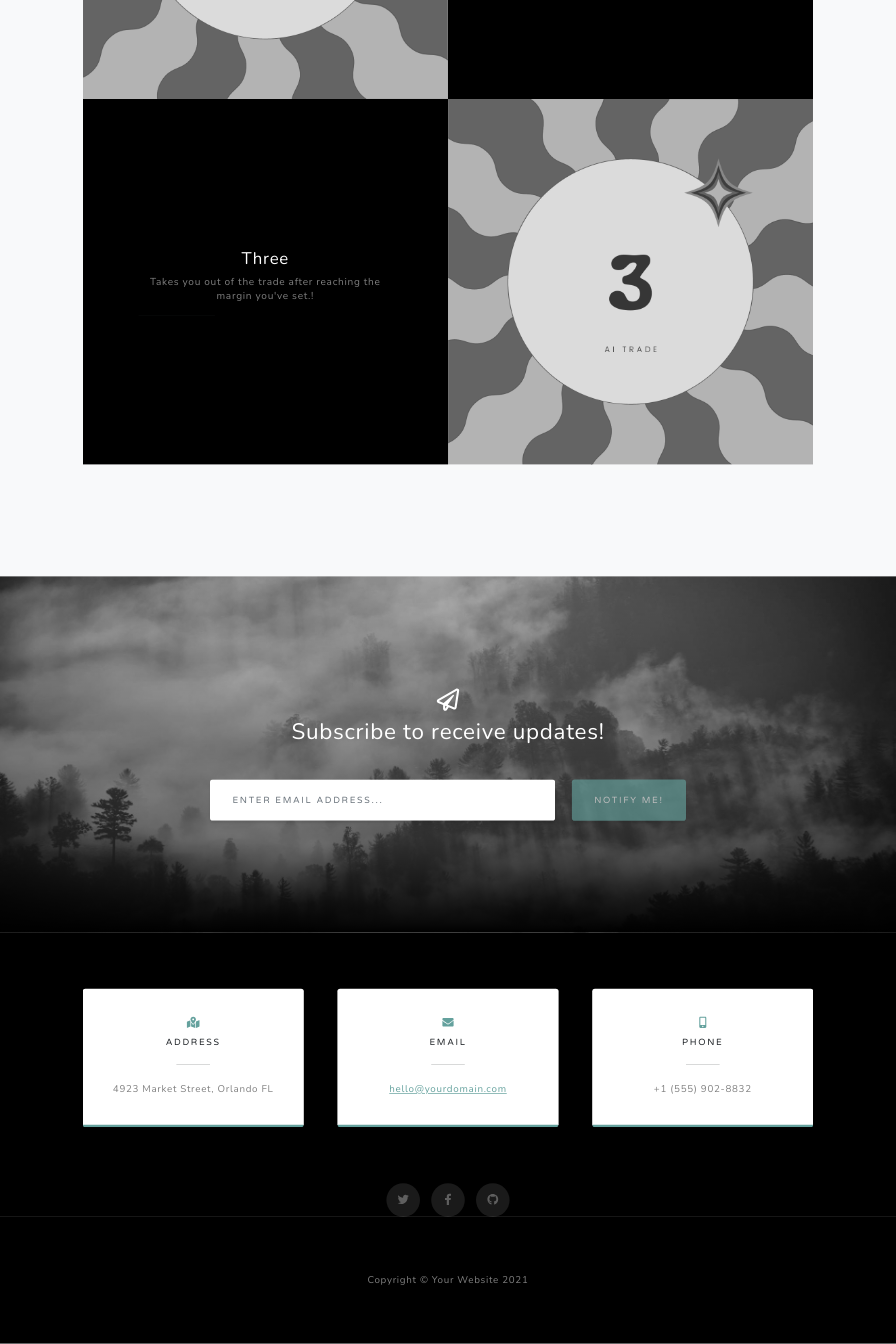
Repository: seyicoded/ico_one
Page: docs/index.html
These files come from the project's save history. The page is drawn as it stood at one moment and after the next save; the edit follows.
The browser window is 1280 px wide. The pictures show the part of the page from y = 2258 to 4178 px (the page is 4178 px tall before and 4143 px after), at 70% of full size.

Above is the page before, as saved 2022-02-13 17:20:28.

After the next save:
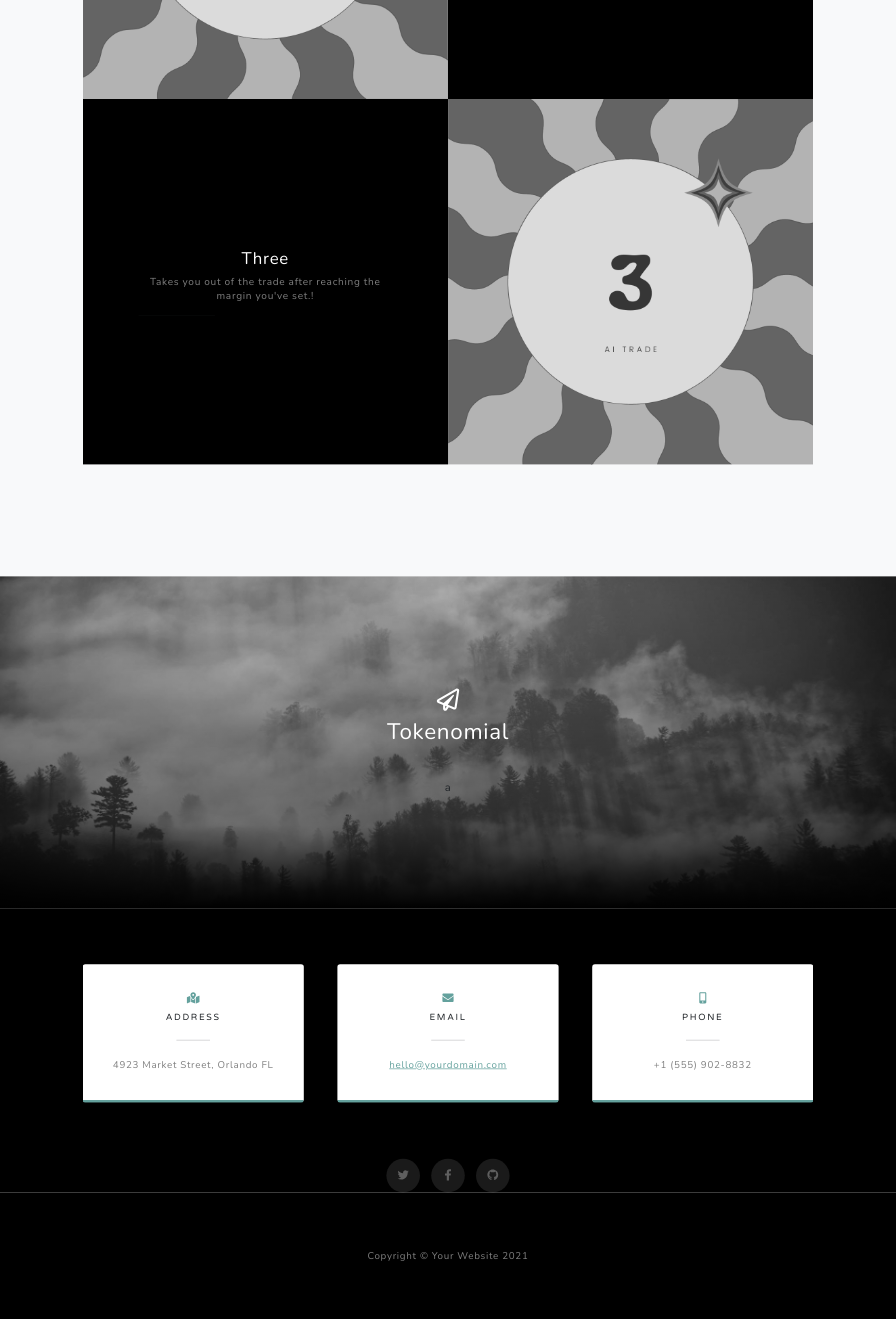
Saved 2 min 19 s later.
--- a/docs/index.html
+++ b/docs/index.html
@@ -158,7 +158,7 @@
                 <div class="row gx-4 gx-lg-5">
                     <div class="col-md-10 col-lg-8 mx-auto text-center">
                         <i class="far fa-paper-plane fa-2x mb-2 text-white"></i>
-                        <h2 class="text-white mb-5">Subscribe to receive updates!</h2>
+                        <h2 class="text-white mb-5">Tokenomial</h2>
                         <!-- * * * * * * * * * * * * * * *-->
                         <!-- * * SB Forms Contact Form * *-->
                         <!-- * * * * * * * * * * * * * * *-->
@@ -166,18 +166,21 @@
                         <!-- To make this form functional, sign up at-->
                         <!-- https://startbootstrap.com/solution/contact-forms-->
                         <!-- to get an API token!-->
-                        <form class="form-signup" id="contactForm" data-sb-form-api-token="API_TOKEN">
-                            <!-- Email address input-->
+                        <div>
+                            a
+                        </div>
+                        <!-- <form class="form-signup" id="contactForm" data-sb-form-api-token="API_TOKEN">
+
                             <div class="row input-group-newsletter">
                                 <div class="col"><input class="form-control" id="emailAddress" type="email" placeholder="Enter email address..." aria-label="Enter email address..." data-sb-validations="required,email" /></div>
                                 <div class="col-auto"><button class="btn btn-primary disabled" id="submitButton" type="submit">Notify Me!</button></div>
                             </div>
                             <div class="invalid-feedback mt-2" data-sb-feedback="emailAddress:required">An email is required.</div>
                             <div class="invalid-feedback mt-2" data-sb-feedback="emailAddress:email">Email is not valid.</div>
-                            <!-- Submit success message-->
-                            <!---->
-                            <!-- This is what your users will see when the form-->
-                            <!-- has successfully submitted-->
+
+
+
+
                             <div class="d-none" id="submitSuccessMessage">
                                 <div class="text-center mb-3 mt-2 text-white">
                                     <div class="fw-bolder">Form submission successful!</div>
@@ -186,12 +189,12 @@
                                     <a href="https://startbootstrap.com/solution/contact-forms">https://startbootstrap.com/solution/contact-forms</a>
                                 </div>
                             </div>
-                            <!-- Submit error message-->
-                            <!---->
-                            <!-- This is what your users will see when there is-->
-                            <!-- an error submitting the form-->
+
+
+
+
                             <div class="d-none" id="submitErrorMessage"><div class="text-center text-danger mb-3 mt-2">Error sending message!</div></div>
-                        </form>
+                        </form> -->
                     </div>
                 </div>
             </div>
